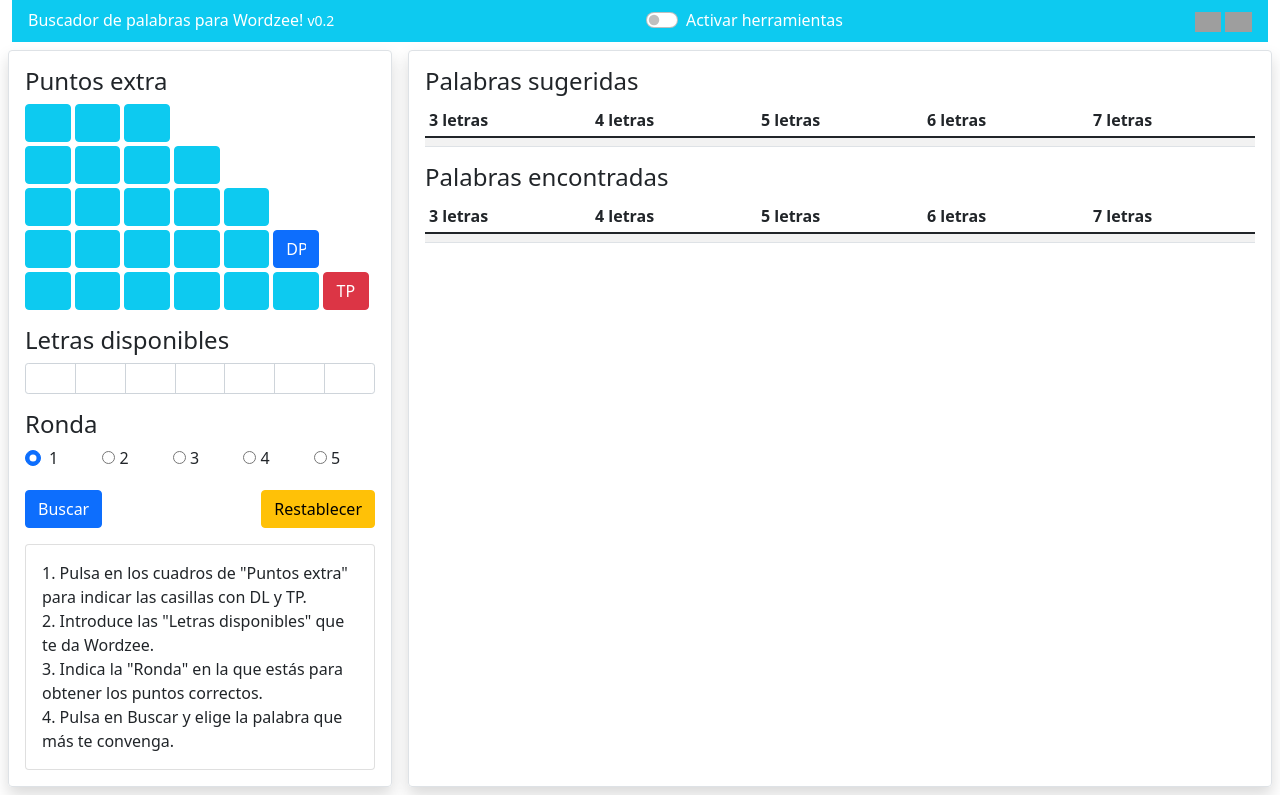
Repository: angelcafe/wordzee-bp_javascript
Page: index.html
An editor plug-in stored every save of this project. The page is shown before and after the next save, followed by the edit.
The browser window is 1280 px wide. The pictures show the whole page.
Pictures or frames that could not be fetched are drawn as grey boxes.

Above is the page before, as saved 2021-10-23 14:40:56.

After the next save:
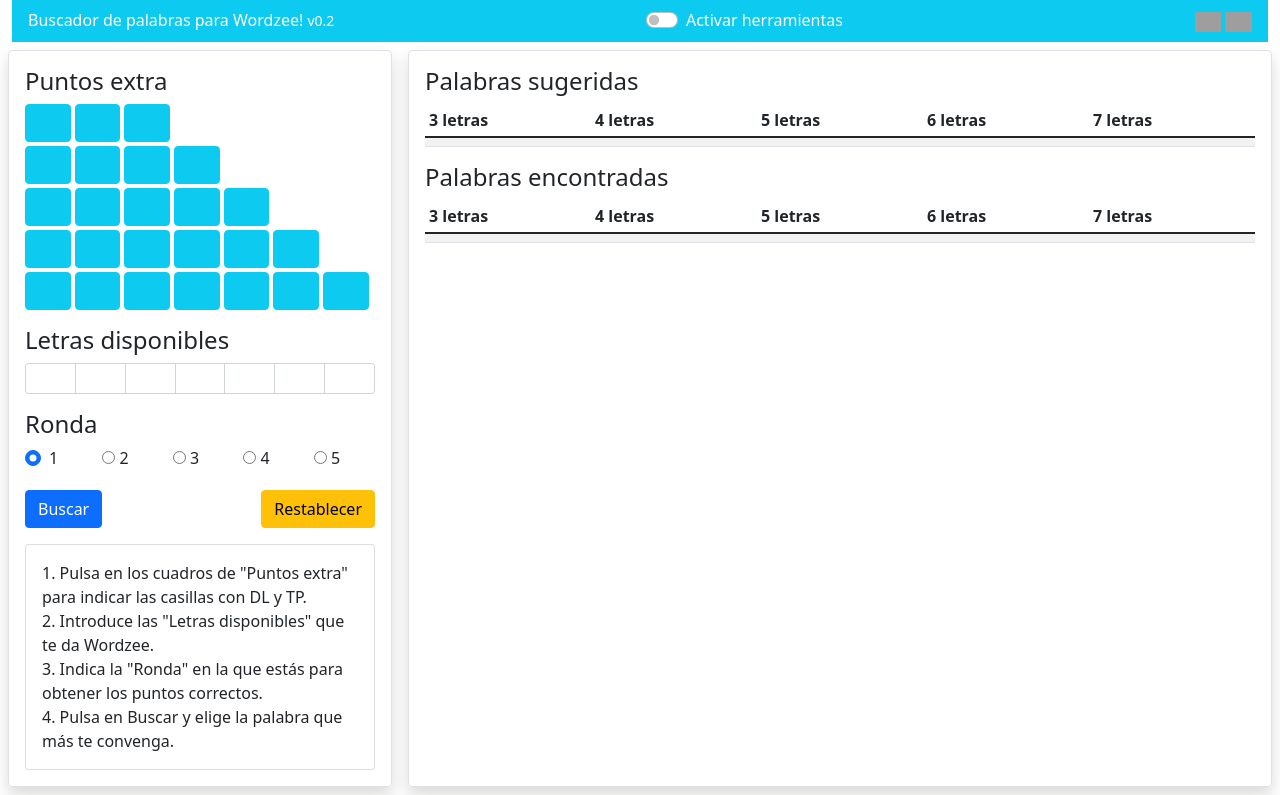
Console error (its wording comes from the project's code and is left out).
Saved 9 min 11 s later.
--- a/index.js
+++ b/index.js
@@ -227,7 +227,9 @@
 }
 
 function palabrasCargadas(datos) {
-    console.log(datos);
+    const miRe = /\b{3}/
+    let palabras[3] = miRe.exec(datos);
+    console.log(palabras[3]);
 }
 
 function restablecer() {

After the 3 saves that followed:
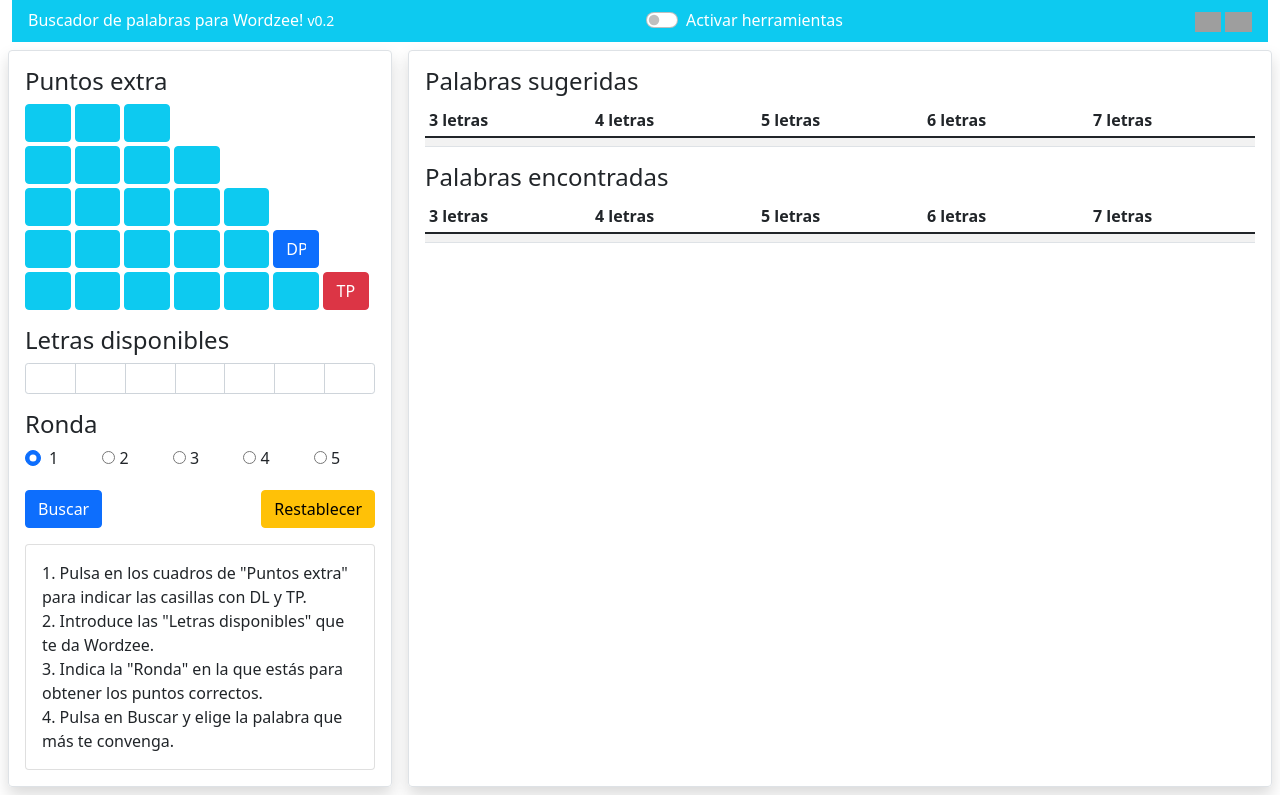
The error is gone.
The 3 saves are shown as one change because 2 left the picture as it was.
The last was saved 3 min 57 s later.
--- a/index.js
+++ b/index.js
@@ -227,9 +227,9 @@
 }
 
 function palabrasCargadas(datos) {
-    const miRe = /\b{3}/
-    let palabras[3] = miRe.exec(datos);
-    console.log(palabras[3]);
+    const miRe = /(\w){3}/
+    let palabras = miRe.exec(datos);
+    console.log(palabras);
 }
 
 function restablecer() {
